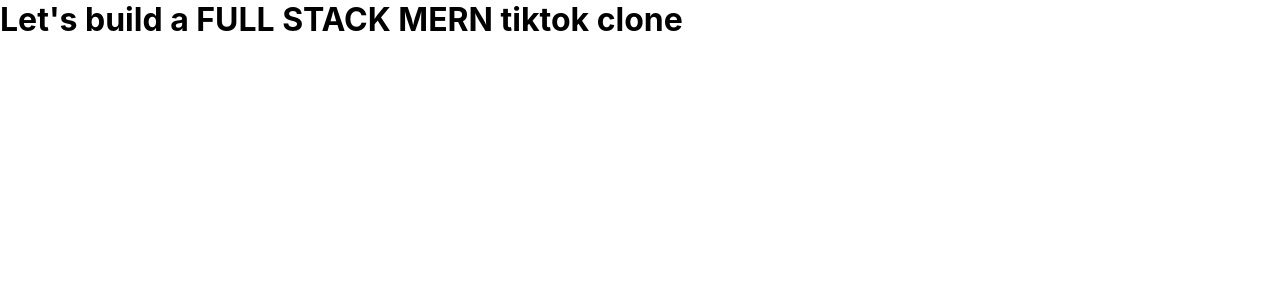
Repository: dingus45191/tiktok
Page: /
An editor plug-in stored every save of this project. The page is shown before and after a run of saves, followed by the edit.
The browser window is 1280 px wide. The pictures show the whole page.
The project was rebuilt for these pictures with package versions that can differ from the ones it lists, and the page was loaded fresh each time. Also part of the build but not shown: src/App.css.

Above is the page before, as saved 2020-10-07 21:19:07.

### src/App.js
import React from 'react';
import './App.css';

function App() {
  return (
    <div className="app">
      <h1>Let's build a FULL STACK MERN tiktok clone</h1>
    </div>
  );
}

export default App;

Loaded but not shown: public/index.html (common file); src/index.js (common file); src/index.css (common file); src/serviceWorker.js (common file)

After the next 13 saves:
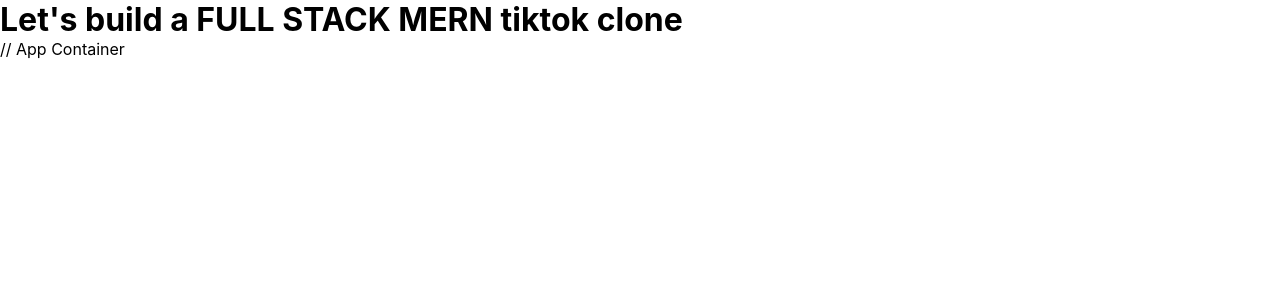
The 13 saves are shown as one change because they came seconds apart.
The last was saved 8 min 24 s later.
--- a/src/App.js
+++ b/src/App.js
@@ -5,6 +5,8 @@
   return (
     <div className="app">
       <h1>Let's build a FULL STACK MERN tiktok clone</h1>
+
+      // App Container
     </div>
   );
 }
